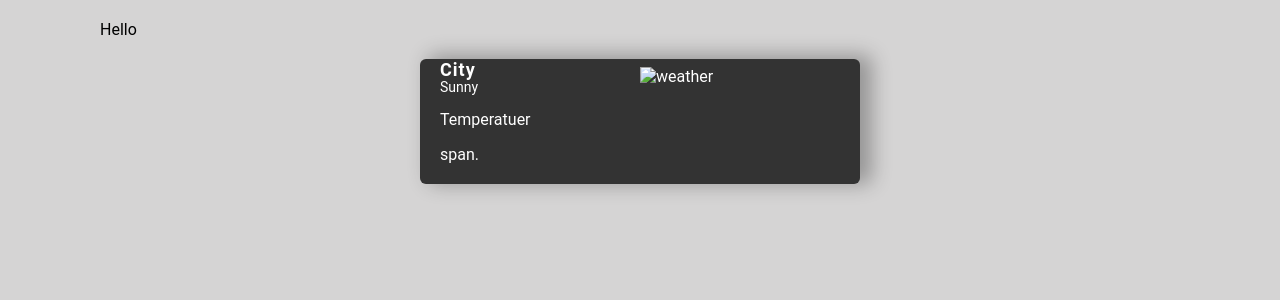
Repository: sedat-akdogan/React_Weather
Page: / (app in london_weather/)
The author's editor kept a copy of each file at every save. The page is drawn from the files as they stood at one save, then again after the next save.
The browser window is 1280 px wide. The pictures show the whole page.
The project was rebuilt for these pictures with package versions that can differ from the ones it lists, and the page was loaded fresh each time.

Above is the page before, as saved 2023-07-09 17:48:03.

After the next save:
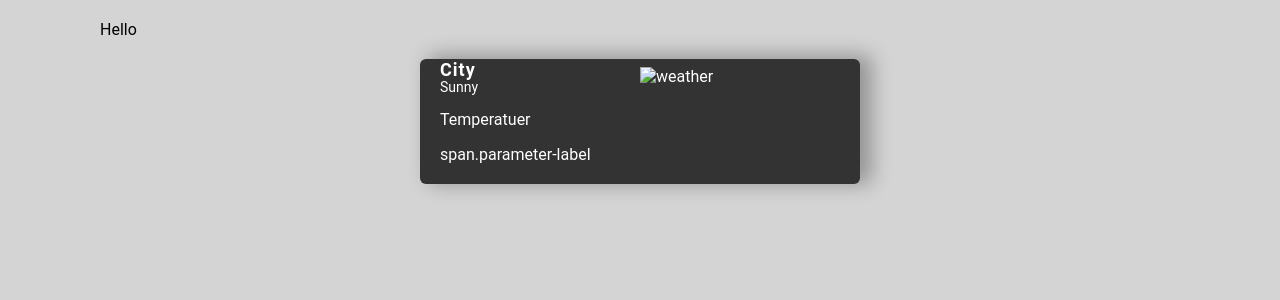
Saved 9 s later.
--- a/london_weather/src/components/current-weather/current-weather.js
+++ b/london_weather/src/components/current-weather/current-weather.js
@@ -15,7 +15,7 @@ const CurrentWeather = () => {
                 <p className="temperature">Temperatuer</p>
                 <div className="details">
                     <div className="parameter-row">
-                        span.
+                        span.parameter-label
                     </div>
                 </div>
             </div>
